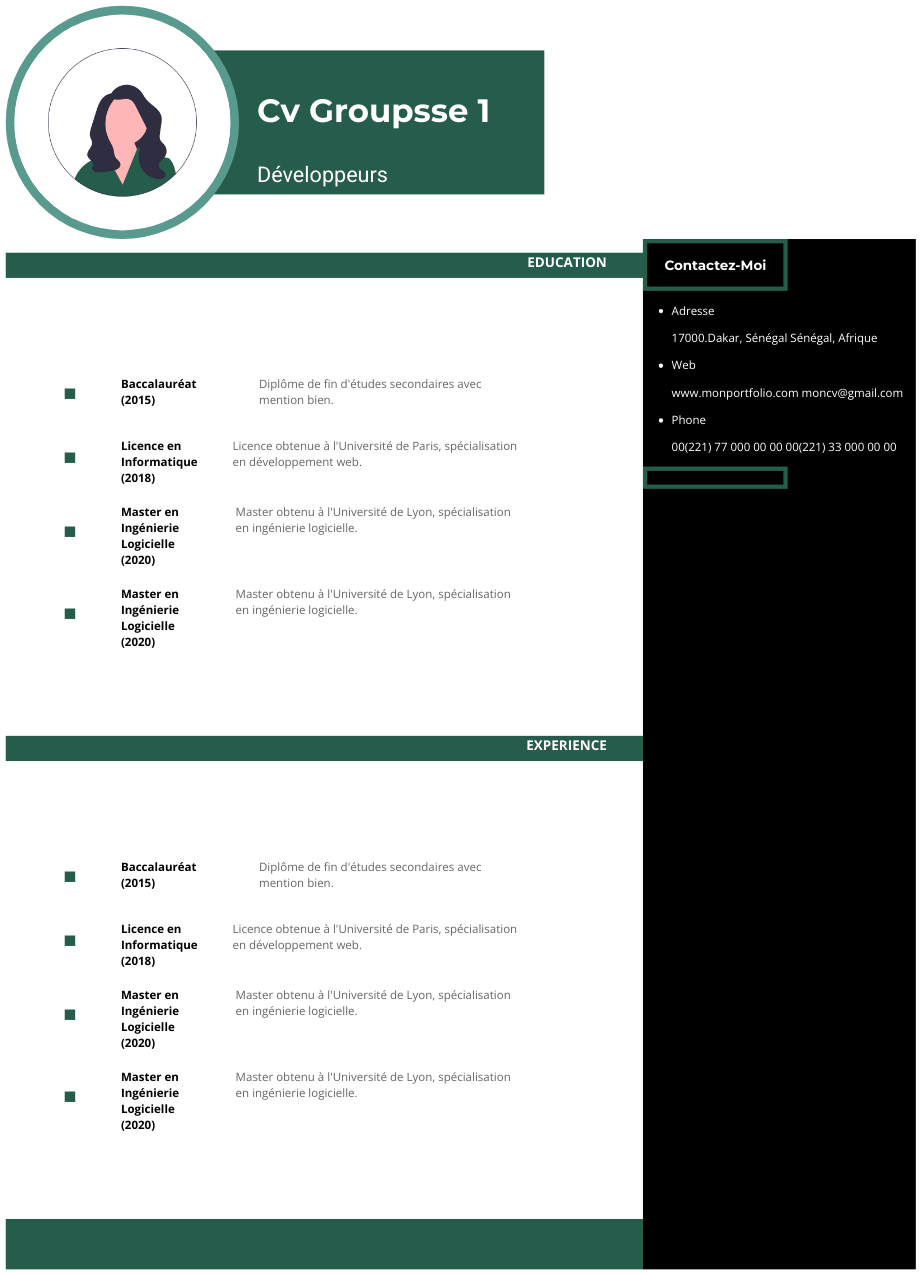
Repository: NdiongueFH/Mon_CV
Page: CV_Groupe1.html
An editor plug-in stored every save of this project. The page is shown before and after the next save, followed by the edit.
The browser window is 1280 px wide. The pictures show the whole page, at 72% of full size.

Above is the page before, as saved 2024-08-04 17:42:44.

After the next save:
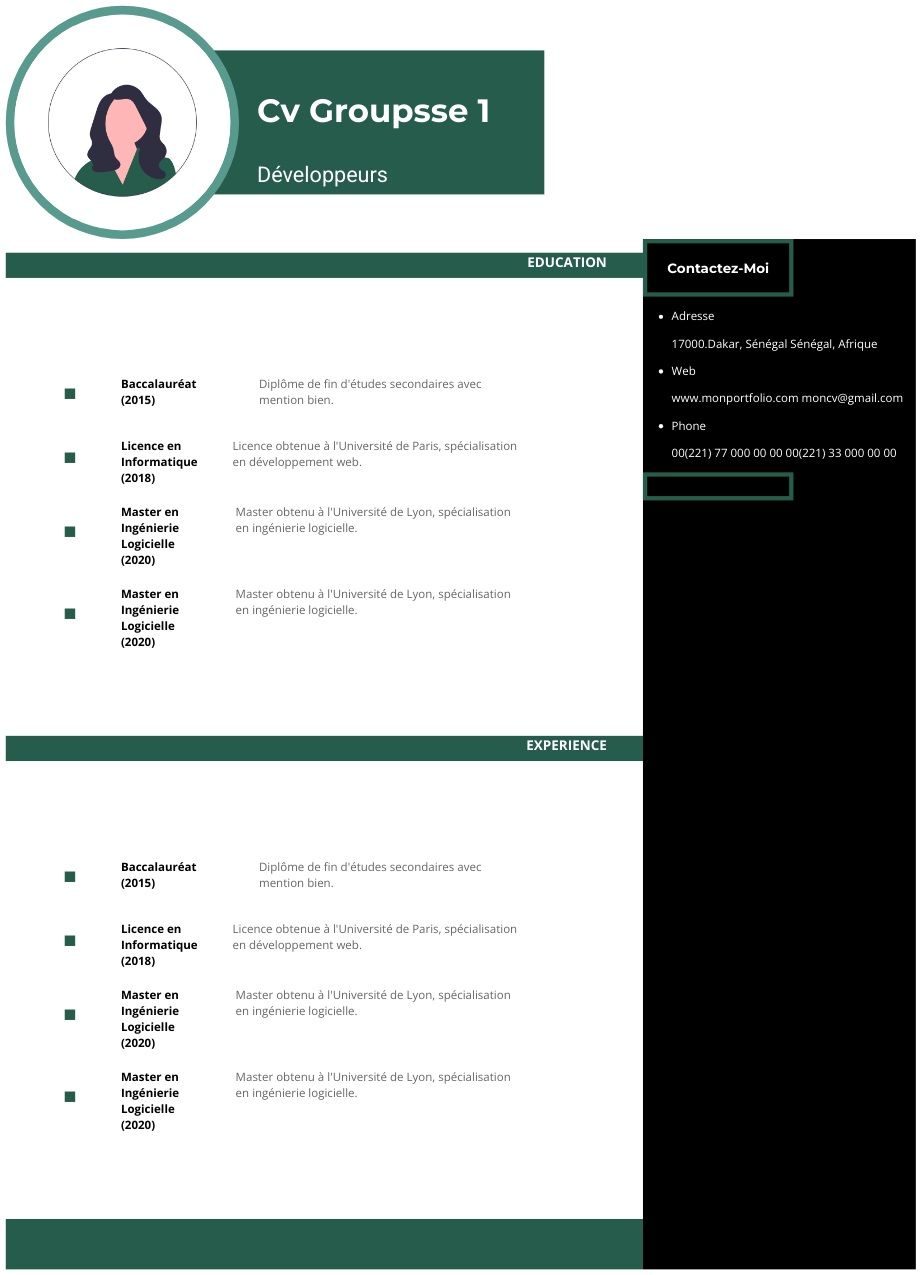
Saved 18 s later.
--- a/CV_Groupe1.css
+++ b/CV_Groupe1.css
@@ -192,4 +192,5 @@
         font-family: var(--font-title);
         font-weight: var(--font-weight-bold);
         text-align: center;
+        padding: 4px;
     }

After the save that followed:
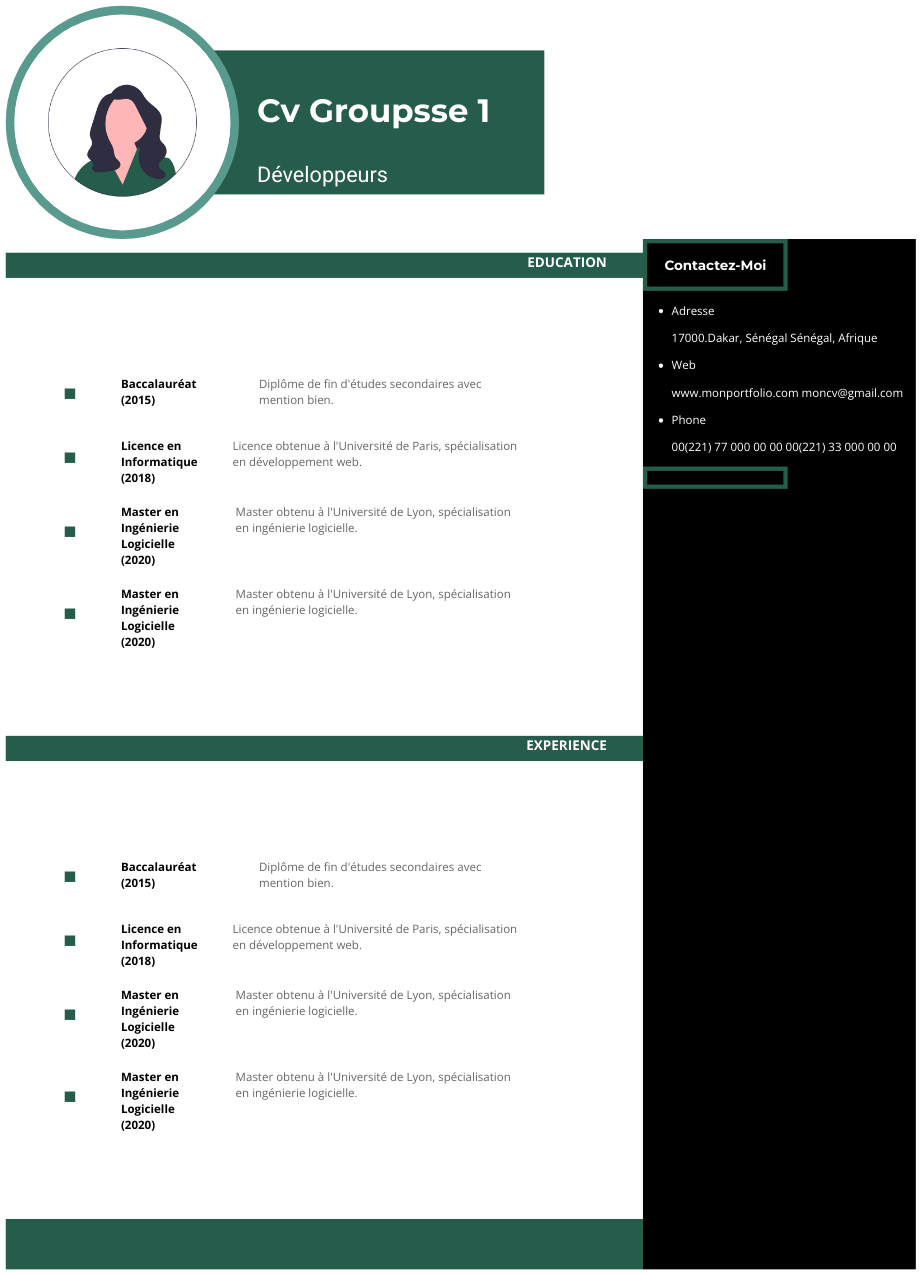
Saved 12 s later.
--- a/CV_Groupe1.css
+++ b/CV_Groupe1.css
@@ -192,5 +192,5 @@
         font-family: var(--font-title);
         font-weight: var(--font-weight-bold);
         text-align: center;
-        padding: 4px;
+        padding: 0px;
     }
